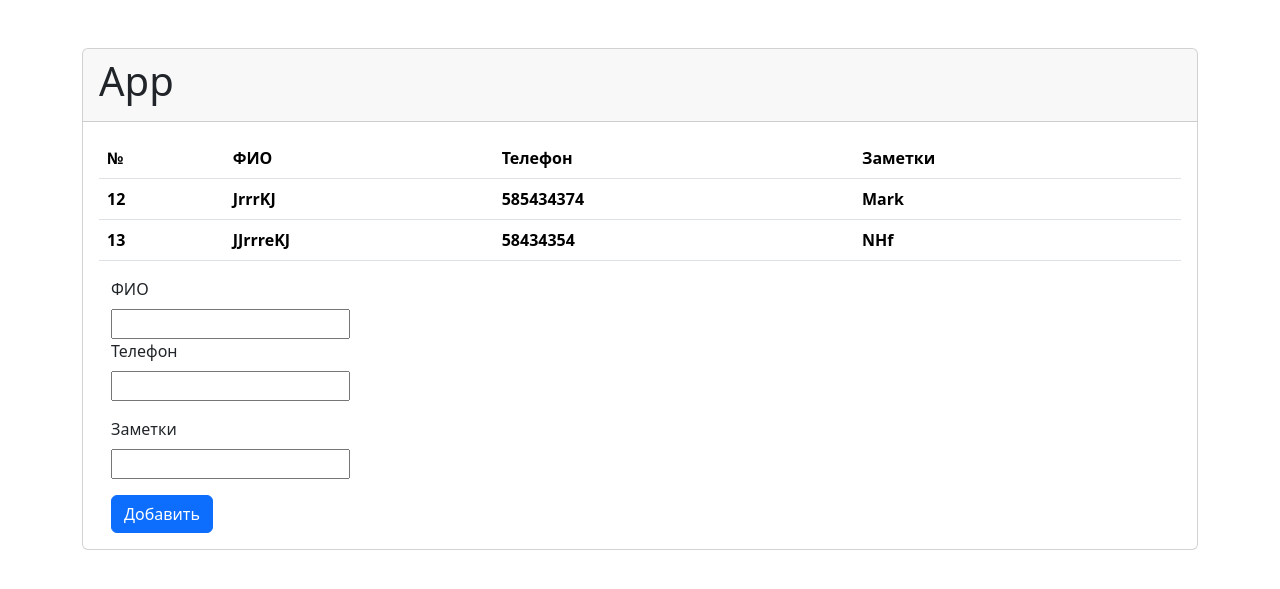
Repository: tatacheba/appstepikjavareact
Page: / (app in client/)
An editor plug-in stored every save of this project. The page is shown before and after the next save, followed by the edit.
The browser window is 1280 px wide. The pictures show the whole page.
The project was rebuilt for these pictures with package versions that can differ from the ones it lists, and the page was loaded fresh each time. Also part of the build but not shown: client/src/App.css.

Above is the page before, as saved 2024-11-27 14:41:14.

### client/public/index.html
<!DOCTYPE html>
<html lang="en">
    <head>
        <meta charset="utf-8" />
        <link rel="icon" href="%PUBLIC_URL%/favicon.ico" />
        <meta name="viewport" content="width=device-width, initial-scale=1" />
        <meta name="theme-color" content="#000000" />
        <meta
            name="description"
            content="Web site created using create-react-app"
        />
        <link rel="apple-touch-icon" href="%PUBLIC_URL%/logo192.png" />
        <link
            href="https://cdn.jsdelivr.net/npm/bootstrap@5.3.3/dist/css/bootstrap.min.css"
            rel="stylesheet"
            integrity="sha384-QWTKZyjpPEjISv5WaRU9OFeRpok6YctnYmDr5pNlyT2bRjXh0JMhjY6hW+ALEwIH"
            crossorigin="anonymous"
        />
        <!--
      manifest.json provides metadata used when your web app is installed on a
      user's mobile device or desktop. See https://developers.google.com/web/fundamentals/web-app-manifest/
    -->
        <link rel="manifest" href="%PUBLIC_URL%/manifest.json" />

        <title>App of Stepik</title>
    </head>
    <body>
        <div id="root"></div>
        <script
            src="https://cdn.jsdelivr.net/npm/bootstrap@5.3.3/dist/js/bootstrap.bundle.min.js"
            integrity="sha384-YvpcrYf0tY3lHB60NNkmXc5s9fDVZLESaAA55NDzOxhy9GkcIdslK1eN7N6jIeHz"
            crossorigin="anonymous"
        ></script>
    </body>
</html>

### client/src/index.js
import React from "react";
import ReactDOM from "react-dom/client";
import "./index.css";
import App from "./App";
import "bootstrap/dist/css/bootstrap.min.css";
import "bootstrap/dist/js/bootstrap.bundle.min.js";

const root = ReactDOM.createRoot(document.getElementById("root"));
root.render(
    <React.StrictMode>
        <App />
    </React.StrictMode>
);

### client/src/App.js
import "./App.css";
import TablewView from "./layouts/tableView/TablewView";
import { useState } from "react";
import FormNewItem from "./layouts/formNewItem/FormNewItem";

function App() {
    const [items, setItem] = useState([
        { id: 12, fullName: "JrrrKJ", phone: 585434374, notes: "Mark" },
        { id: 13, fullName: "JJrrreKJ", phone: 58434354, notes: "NHf" },
    ]);

    function appendContact() {
        const contact = {
            id: 15,
            fullName: "ннннн",
            phone: 585444,
            notes: "FFFF",
        };
        items[0].fullName = "Bpvtyt";
        setItem([...items, contact]);
        console.log(items);
    }

    return (
        <div className="container mt-5">
            <div className=" card">
                <div className="card-header">
                    <h1>App</h1>
                </div>
                <div className="card-body">
                    <TablewView data={items} />
                    <div>
                        <FormNewItem appendContact={appendContact} />
                    </div>
                </div>
            </div>
        </div>
    );
}

export default App;

### client/src/layouts/tableView/TablewView.js
import React from "react";
import TableRowItem from "./components/TableRowItem";

const TablewView = (props) => {
    return (
        <table className="table table-hover">
            <thead>
                <tr>
                    <th scope="col">№</th>
                    <th scope="col">ФИО</th>
                    <th scope="col">Телефон</th>
                    <th scope="col">Заметки</th>
                </tr>
            </thead>
            <tbody>
                {props.data.map((item) => (
                    <TableRowItem contact={item} />
                ))}
            </tbody>
        </table>
    );
};
export default TablewView;

### client/src/layouts/formNewItem/FormNewItem.js
import React from "react";

function FormNewItem(props) {
    return (
        <form action="" className="container-fluid">
            <label className="form-label">ФИО</label>
            <div className="mb-12 ">
                <input type="text" />
            </div>
            <label className="form-label">Телефон</label>
            <div className="mb-3">
                <input type="textarea" />
            </div>
            <label className="form-label">Заметки</label>
            <div className="mb-3">
                <input type="text" />
            </div>
            <button
                className="btn btn-primary"
                onClick={props.appendContact}
                type="button"
            >
                Добавить
            </button>
        </form>
    );
}

export default FormNewItem;

### client/src/layouts/tableView/components/TableRowItem.js
import React from "react";

const TableRowItem = (props) => {
    return (
        <tr>
            <th scope="row">{props.contact.id}</th>
            <th>{props.contact.fullName}</th>
            <th>{props.contact.phone}</th>
            <th>{props.contact.notes}</th>
        </tr>
    );
};

export default TableRowItem;

Loaded but not shown: client/src/index.css (common file)

After the next save:
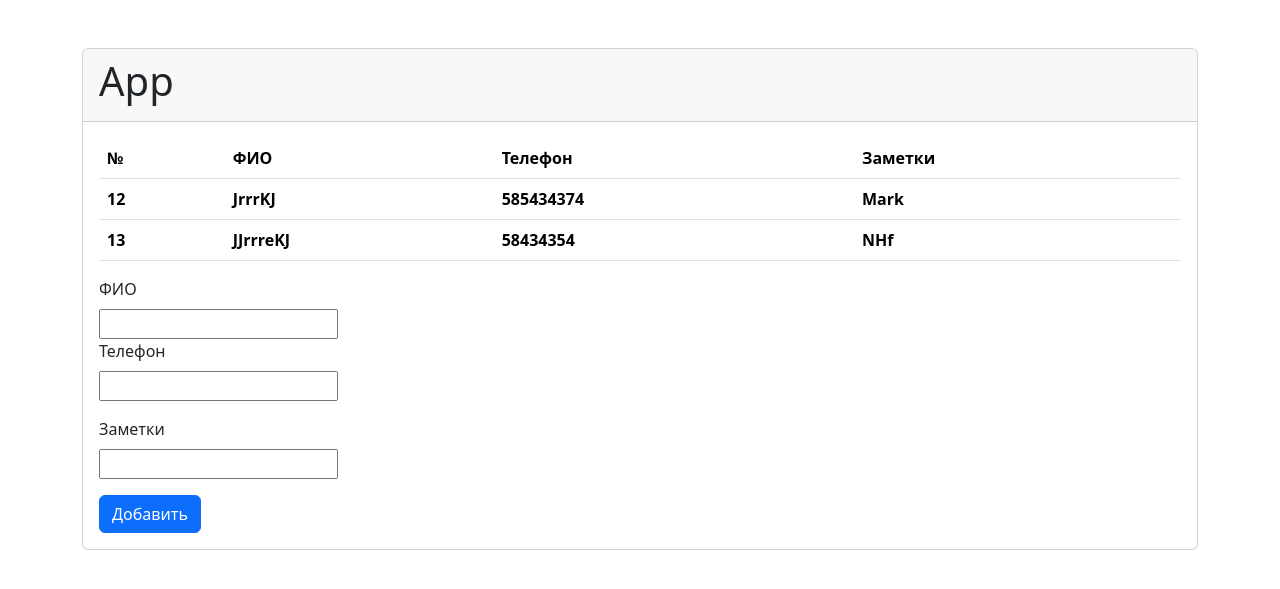
Saved 18 s later.
--- a/client/src/layouts/formNewItem/FormNewItem.js
+++ b/client/src/layouts/formNewItem/FormNewItem.js
@@ -2,7 +2,7 @@ import React from "react";
 
 function FormNewItem(props) {
     return (
-        <form action="" className="container-fluid">
+        <form>
             <label className="form-label">ФИО</label>
             <div className="mb-12 ">
                 <input type="text" />
